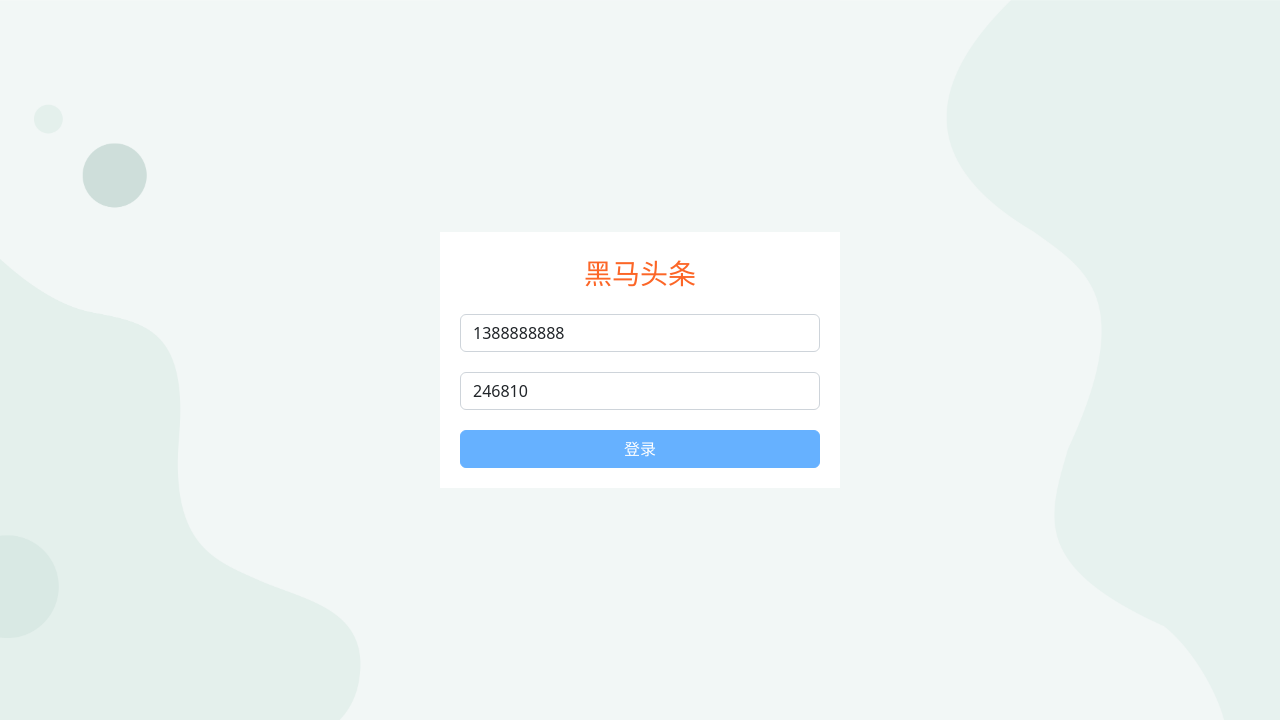
Repository: tangjieqin/heimaToaxios
Page: page/login/assets/index.html
These files come from the project's save history. The page is drawn as it stood at one moment and after the next save; the edit follows.
The browser window is 1280 px wide. The pictures show the whole page.

Above is the page before, as saved 2025-04-05 09:40:02.

After the next save:
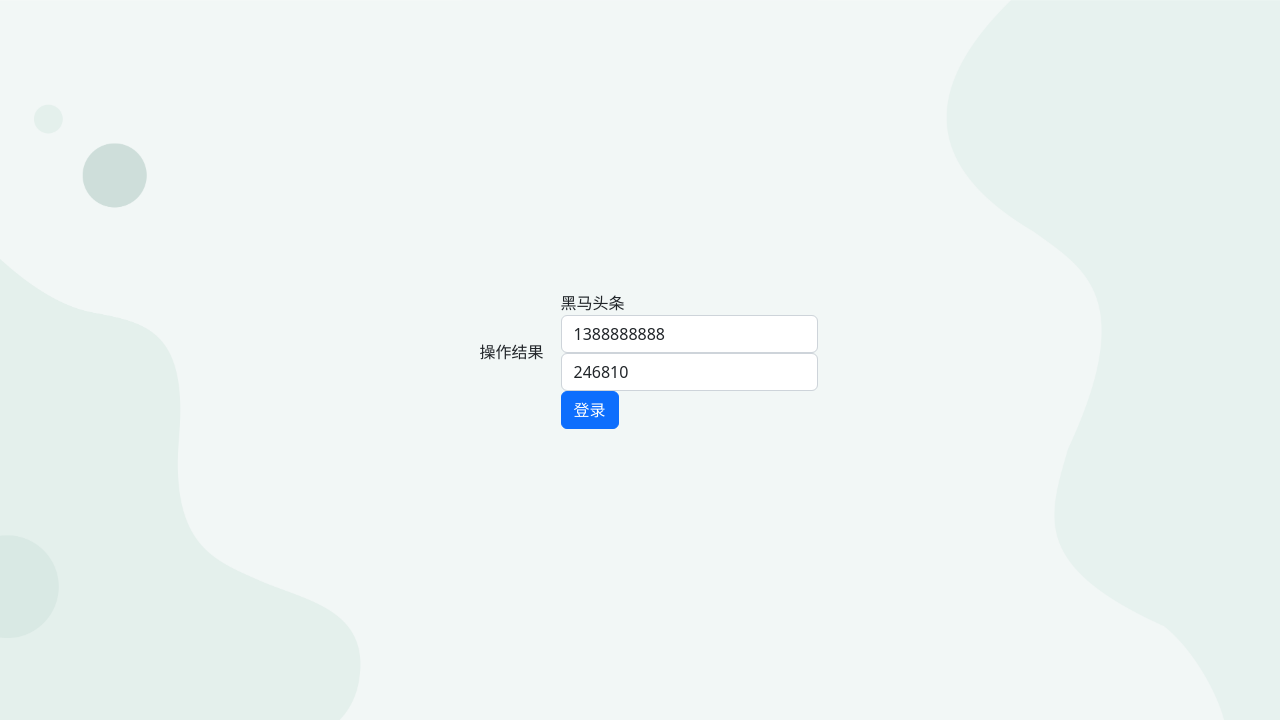
Saved 2 min 6 s later.
--- a/page/login/assets/index.css
+++ b/page/login/assets/index.css
@@ -6,48 +6,3 @@ body {
     align-items: center;
     justify-content: center;
 }
-
-/* 提示框 */
-.alert {
-    width: 400px;
-    position: fixed;
-    top: 50px;
-    left: 50%;
-    transform: translateX(-50%);
-    display: none;
-}
-
-.show {
-    display: block !important;
-}
-
-/* 登录 */
-.login-wrap {
-    width: 400px;
-    padding: 20px;
-    background-color: #fff;
-}
-
-.login-wrap .title {
-    font-size: 28px;
-    text-align: center;
-    color: #fc6627;
-}
-
-.login-wrap .login-form {
-    margin-top: 20px;
-}
-
-input::-webkit-input-placeholder {
-    color: #dcdfe6 !important;
-}
-
-.login-form .btn {
-    width: 100%;
-    background-color: #66b1ff;
-    border: 1px solid #66b1ff;
-}
-
-.login-form .item:nth-child(n + 1) {
-    margin-top: 20px;
-}
